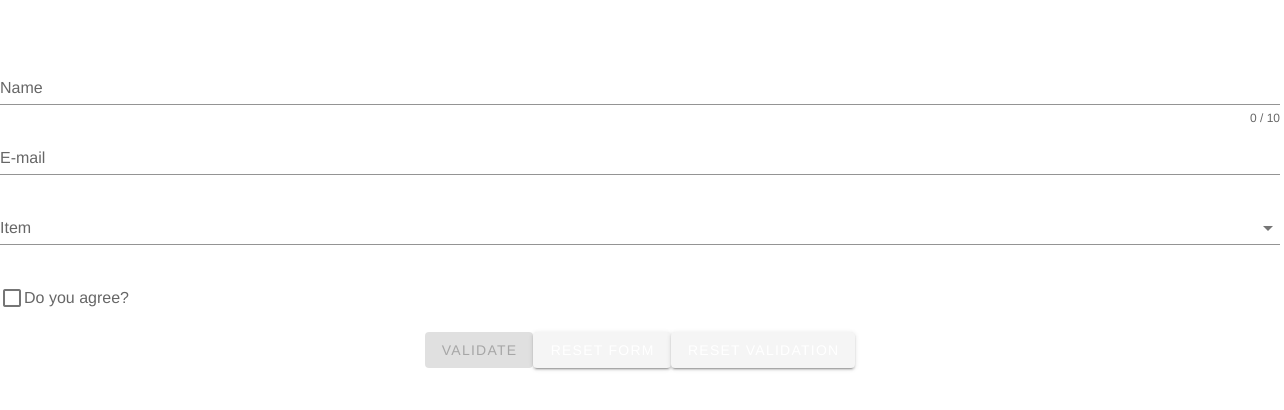
Repository: Natanhel/klitat-tash
Page: /
The author's editor kept a copy of each file at every save. The page is drawn from the files as they stood at one save, then again after the next save.
The browser window is 1280 px wide. The page is 1284 px wide, so the pictures cover 1284 px, including what lies to the right of the window. The pictures show the whole page.
The project was rebuilt for these pictures with package versions that can differ from the ones it lists, and the page was loaded fresh each time. Also part of the build but not shown: vue.config.js.

Above is the page before, as saved 2020-12-01 16:43:07.

### src/App.vue
<template>
  <div id="app">

  <v-form
    ref="form"
    v-model="valid"
    lazy-validation
  >
    <v-text-field
      v-model="name"
      :counter="10"
      :rules="nameRules"
      label="Name"
      required
    ></v-text-field>

    <v-text-field
      v-model="email"
      :rules="emailRules"
      label="E-mail"
      required
    ></v-text-field>

    <v-select
      v-model="select"
      :items="items"
      :rules="[v => !!v || 'Item is required']"
      label="Item"
      required
    ></v-select>

    <v-checkbox
      v-model="checkbox"
      :rules="[v => !!v || 'You must agree to continue!']"
      label="Do you agree?"
      required
    ></v-checkbox>

    <v-btn
      :disabled="!valid"
      color="success"
      class="mr-4"
      @click="validate"
    >
      Validate
    </v-btn>

    <v-btn
      color="error"
      class="mr-4"
      @click="reset"
    >
      Reset Form
    </v-btn>

    <v-btn
      color="warning"
      @click="resetValidation"
    >
      Reset Validation
    </v-btn>
  </v-form>
  </div>
</template>

<script>


export default {
  name: 'App',
  components: {
  },
  mounted(){
    // login
    const data = JSON.stringify({"password":"passward","email":"natanhelp@gmail.com"});

    const config = {
      method: 'post',
      url: 'https://nat-task-manager.herokuapp.com/users/login',
      headers: {
        'Content-Type': 'application/json'
      },
      data : data
    };

    this.axios(config)
      .then((response) => {
        console.log(JSON.stringify(response.data));
      })
      .catch((error) => {
        console.log(error);
      });

  }
}
</script>

<style>
#app {
  font-family: Avenir, Helvetica, Arial, sans-serif;
  -webkit-font-smoothing: antialiased;
  -moz-osx-font-smoothing: grayscale;
  text-align: center;
  color: #2c3e50;
  margin-top: 60px;
}
</style>

Loaded but not shown: public/index.html (common file); src/main.js (common file); src/plugins/vuetify.js (common file)

After the next save:
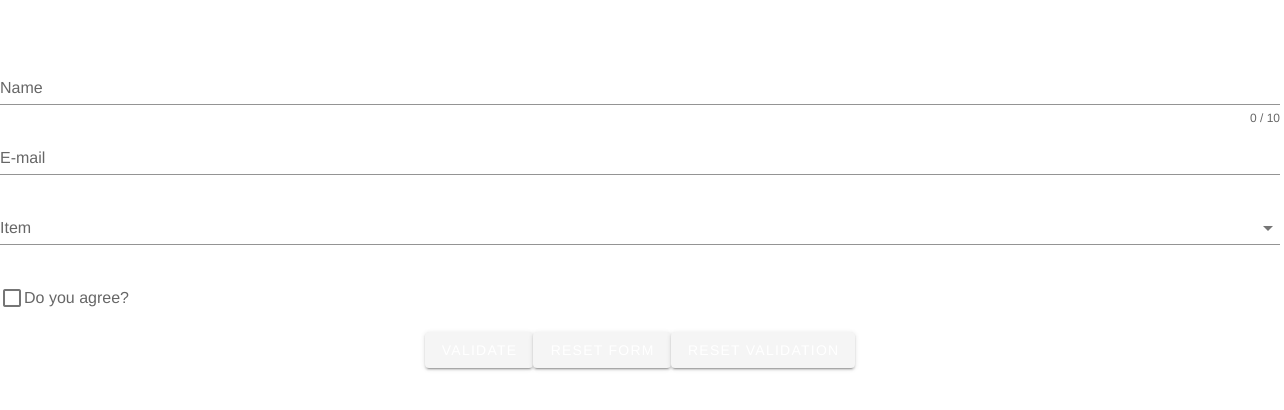
Saved 2 min 48 s later.
--- a/src/App.vue
+++ b/src/App.vue
@@ -67,6 +67,41 @@
 
 
 export default {
+
+    data: () => ({
+      valid: true,
+      name: '',
+      nameRules: [
+        v => !!v || 'Name is required',
+        v => (v && v.length <= 10) || 'Name must be less than 10 characters',
+      ],
+      email: '',
+      emailRules: [
+        v => !!v || 'E-mail is required',
+        v => /.+@.+\..+/.test(v) || 'E-mail must be valid',
+      ],
+      select: null,
+      items: [
+        'Item 1',
+        'Item 2',
+        'Item 3',
+        'Item 4',
+      ],
+      checkbox: false,
+    }),
+
+
+    methods: {
+      validate () {
+        this.$refs.form.validate()
+      },
+      reset () {
+        this.$refs.form.reset()
+      },
+      resetValidation () {
+        this.$refs.form.resetValidation()
+      },
+    },
   name: 'App',
   components: {
   },
